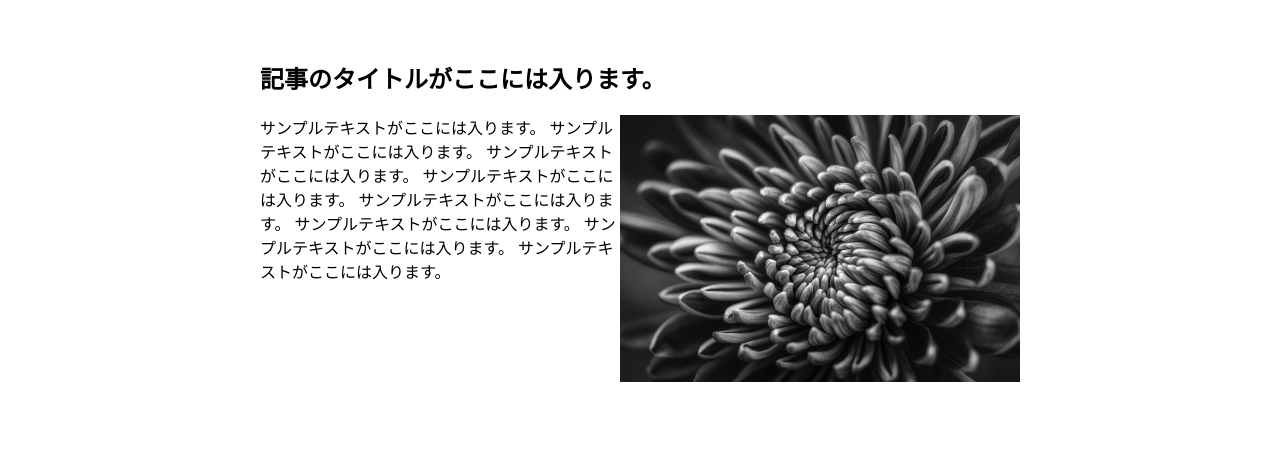
Repository: 9136424556/todo01
Page: coachtech/html-css/css1-19問.html
An editor plug-in stored every save of this project. The page is shown before and after the next save, followed by the edit.
The browser window is 1280 px wide. The pictures show the whole page.

Above is the page before, as saved 2023-12-02 13:32:58.

### coachtech/html-css/css1-19問.html
<link rel="stylesheet" href="css/css1-19問.css">
<div class="float">
    <h2 class="float-tti">記事のタイトルがここには入ります。</h2>
    <div class="float-img">
        <img src="img/about.jpeg" alt="">
    </div>
    <p>
        サンプルテキストがここには入ります。 サンプルテキストがここには入ります。 サンプルテキストがここには入ります。 サンプルテキストがここには入ります。 サンプルテキストがここには入ります。 サンプルテキストがここには入ります。 サンプルテキストがここには入ります。 サンプルテキストがここには入ります。
    </p>
</div>

### coachtech/html-css/css/css1-19問.css
.float{
    max-width: 760px;
    width: 100%;
    margin: 60px auto;
}
.float-tti{
    margin-bottom: 20px;
    font-size: 24px;
    font-weight: bold;
}
.float-img{
    width: 400px;
    float: right;
    margin: 0 0 20px;
}
img{
    width: 100%;
}

After the next save:
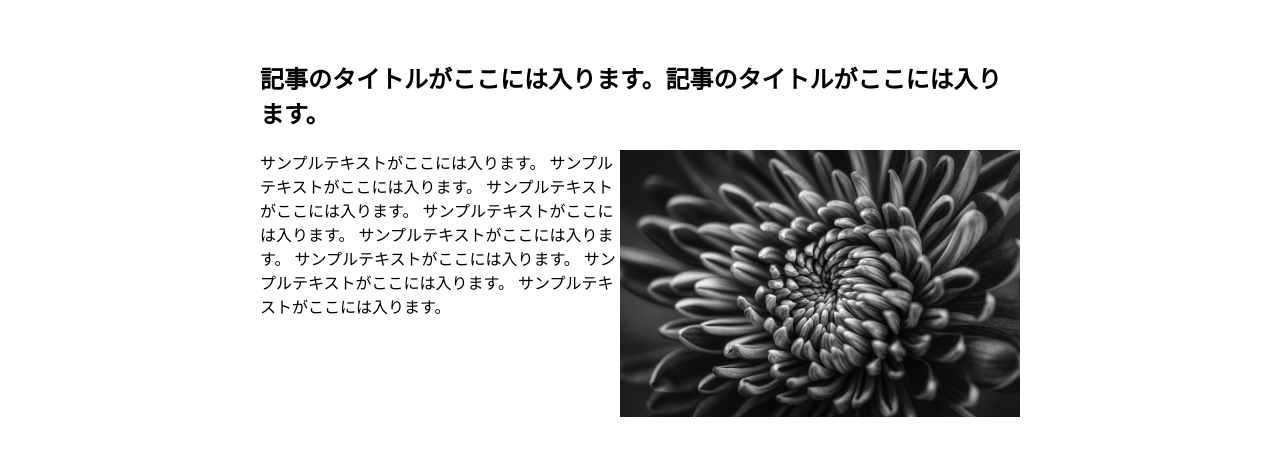
Saved 65 s later.
--- a/coachtech/html-css/css1-19問.html
+++ b/coachtech/html-css/css1-19問.html
@@ -1,6 +1,6 @@
 <link rel="stylesheet" href="css/css1-19問.css">
 <div class="float">
-    <h2 class="float-tti">記事のタイトルがここには入ります。</h2>
+    <h2 class="float-tti">記事のタイトルがここには入ります。記事のタイトルがここには入ります。</h2>
     <div class="float-img">
         <img src="img/about.jpeg" alt="">
     </div>
